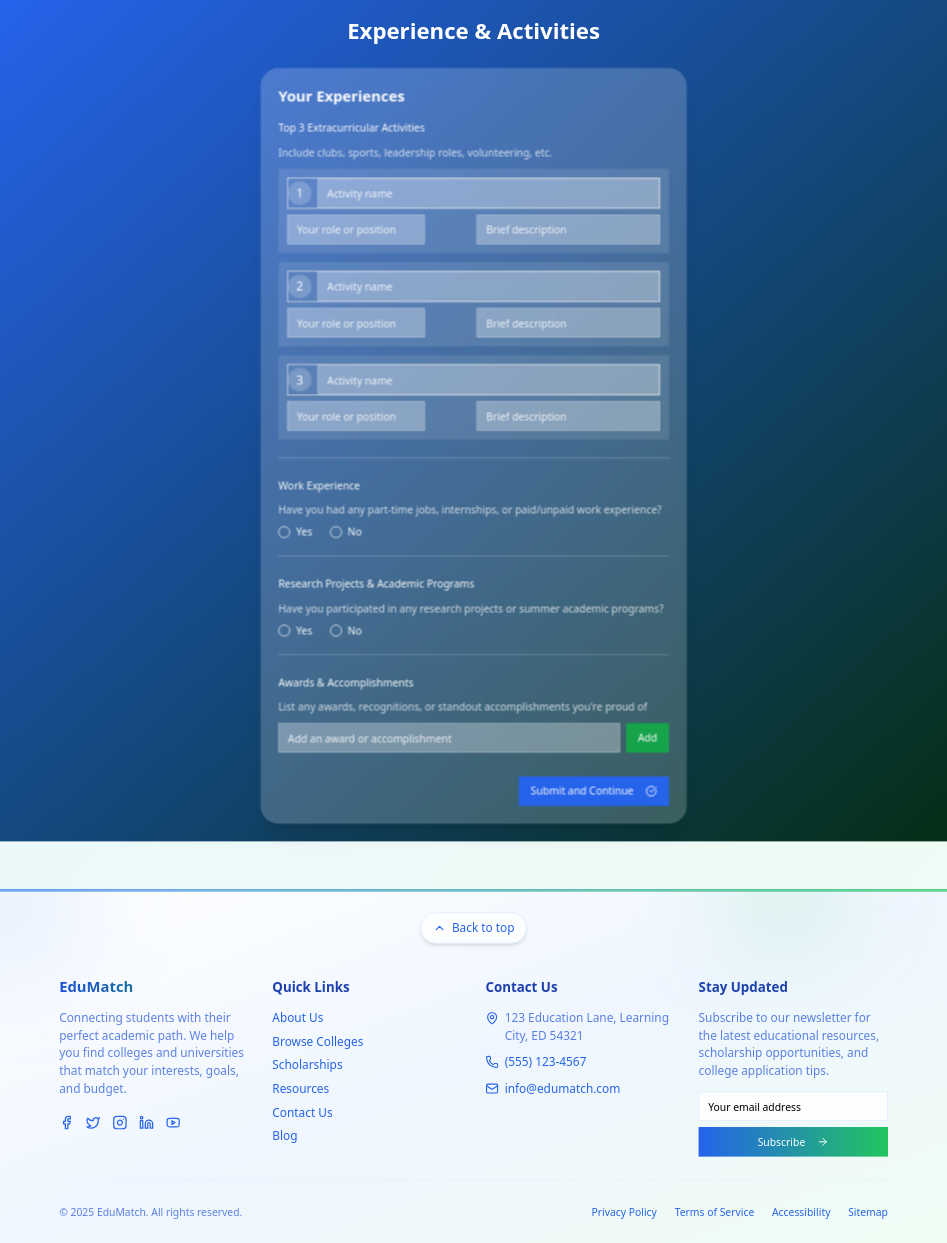
Repository: Kish202/EdTech
Page: /experience-activities
An editor plug-in stored every save of this project. The page is shown before and after a run of saves, followed by the edit.
The browser window is 1280 px wide. The pictures show the whole page, at 74% of full size.
The project was rebuilt for these pictures with package versions that can differ from the ones it lists, and the page was loaded fresh each time. Also part of the build but not shown: vite.config.js, src/components/sections/Navbar.jsx, src/components/registerforms/RegisterForm.jsx, src/components/sections/Hero.jsx, src/components/sections/Steps.jsx, src/components/ui/avatar.jsx, src/components/sections/Testmonials.jsx, src/components/ui/select.jsx and 12 more.

Above is the page before, as saved 2025-04-18 19:04:15.

After the next 5 saves:
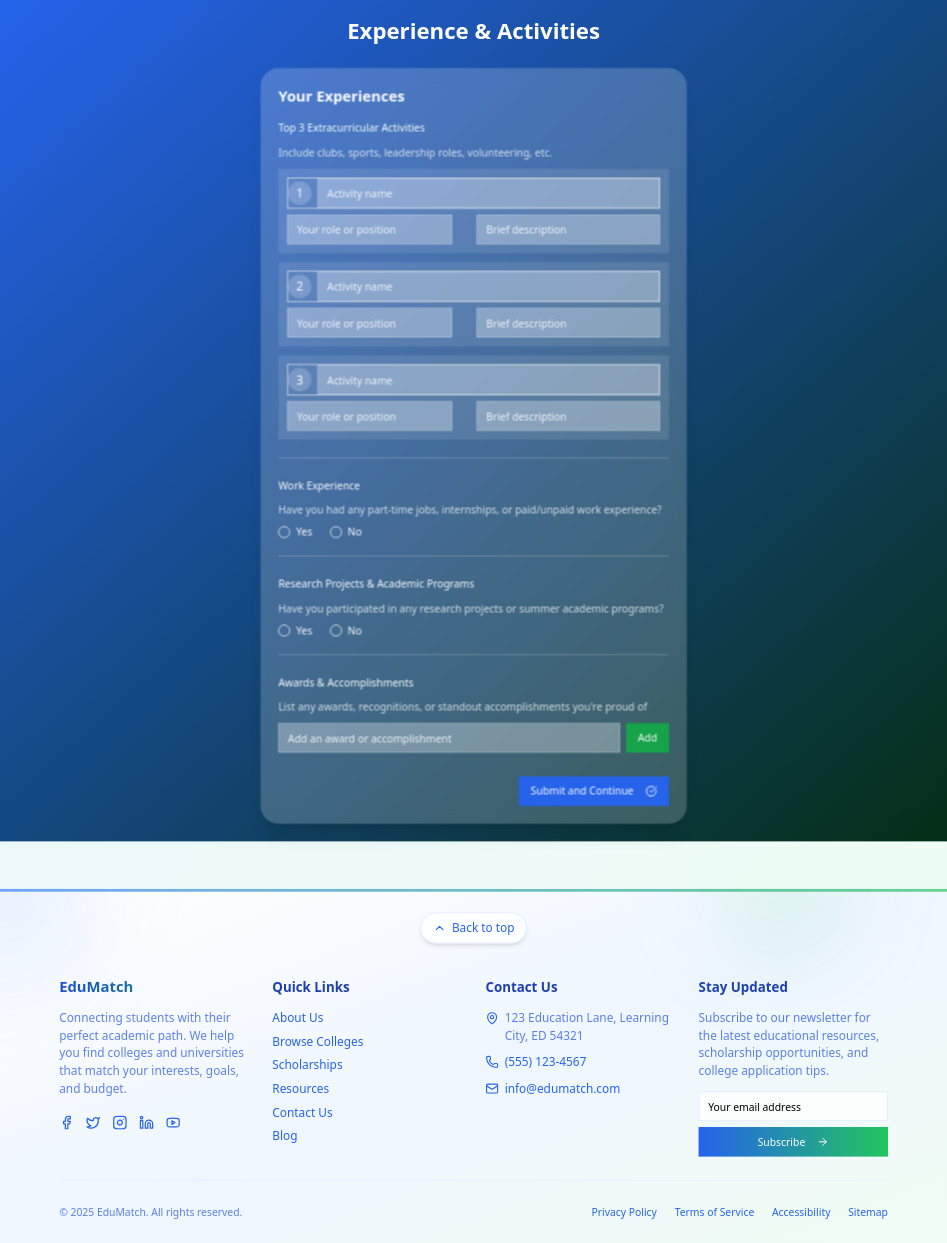
The 5 saves are shown as one change because they came seconds apart.
The last was saved 16 s later.
--- a/src/components/registerforms/Form4.jsx
+++ b/src/components/registerforms/Form4.jsx
@@ -261,7 +261,7 @@ export default function ExperienceActivitiesCard() {
                     <Input
                       value={activity.role}
                       onChange={(e) => handleActivityChange(index, 'role', e.target.value)}
-                      className="bg-white/30 text-white placeholder:text-white/90 border-white/30 w-3/4"
+                      className="bg-white/30 text-white placeholder:text-white/90 border-white/30 w-[90%]"
                       placeholder="Your role or position"
                     />
                     <Input
